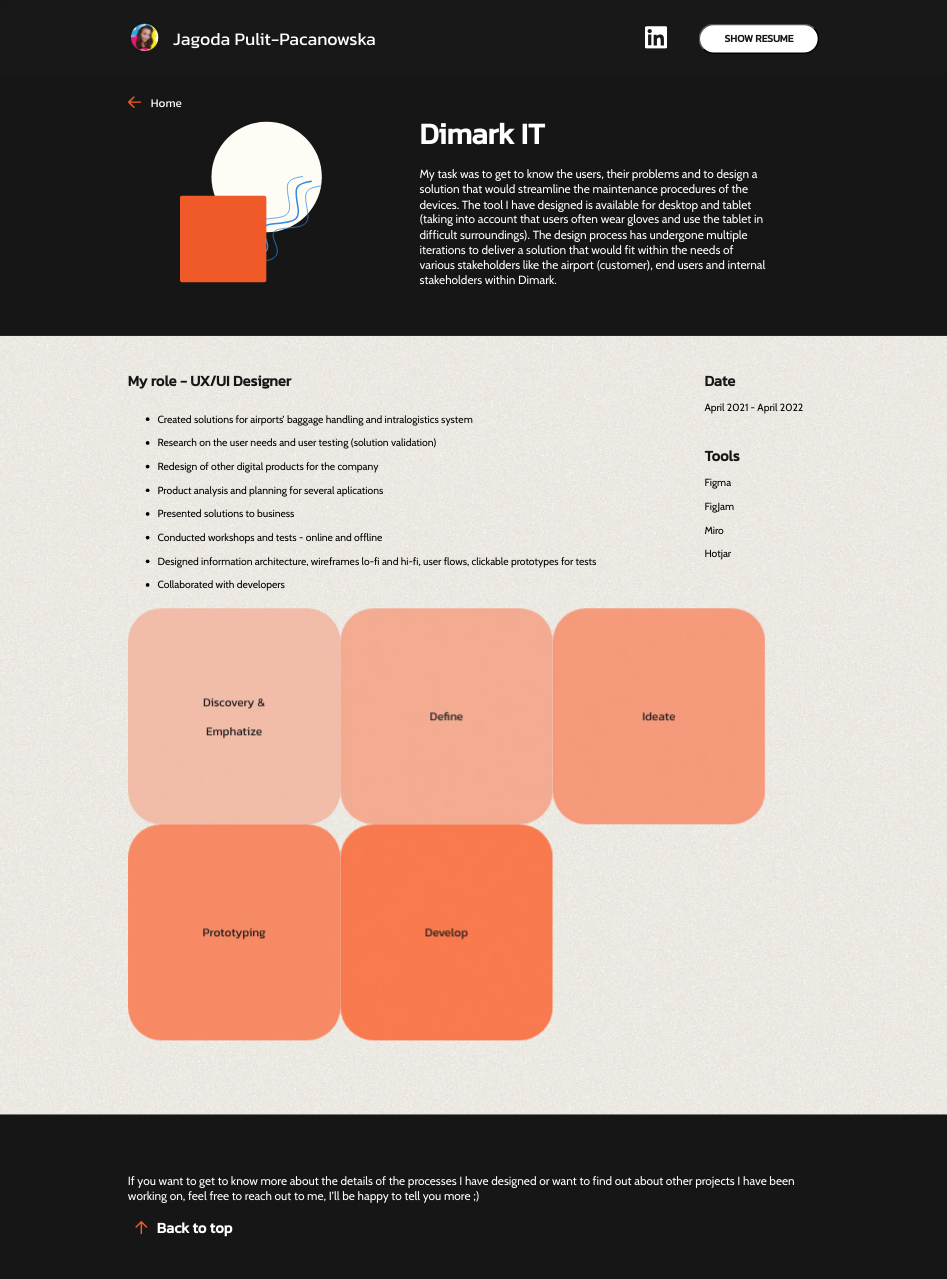
Repository: remigiuszpulit/ux-ui-portfolio
Page: /dimarkit
These files come from the project's save history. The page is drawn as it stood at one moment and after the next save; the edit follows.
The browser window is 1280 px wide. The pictures show the whole page, at 74% of full size.
The project was rebuilt for these pictures with package versions that can differ from the ones it lists, and the page was loaded fresh each time. Also part of the build but not shown: src/components/Card.js, src/pages/index.js.

Above is the page before, as saved 2022-10-03 22:32:27.

After the next save:
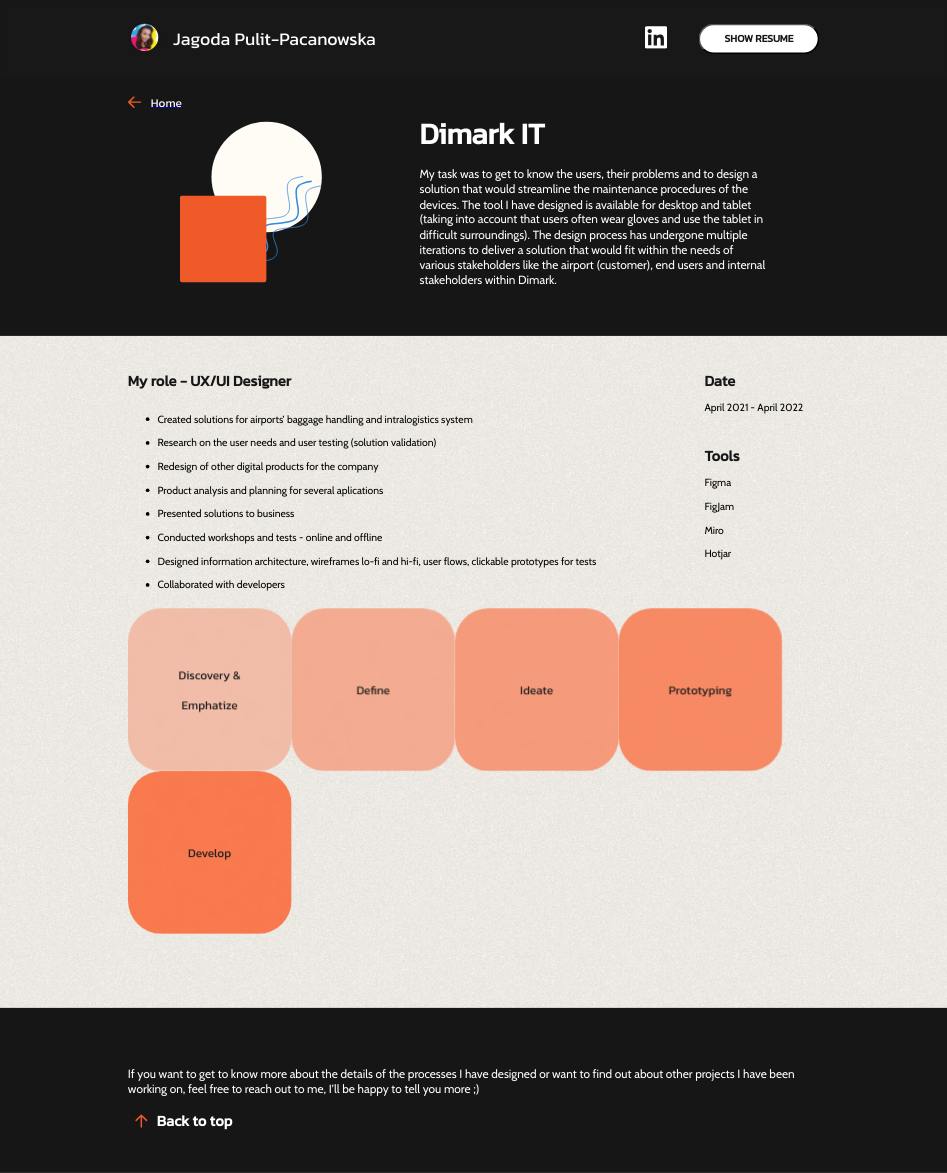
Saved 19 s later.
--- a/src/components/dimark/Pill.js
+++ b/src/components/dimark/Pill.js
@@ -18,7 +18,7 @@
   flex-direction: column;
   justify-content: center;
   align-items: center;
-  padding: 71px 68px;
+  padding: 35px;
   width: 151px;
   height: 150px;
   gap: 10px;
